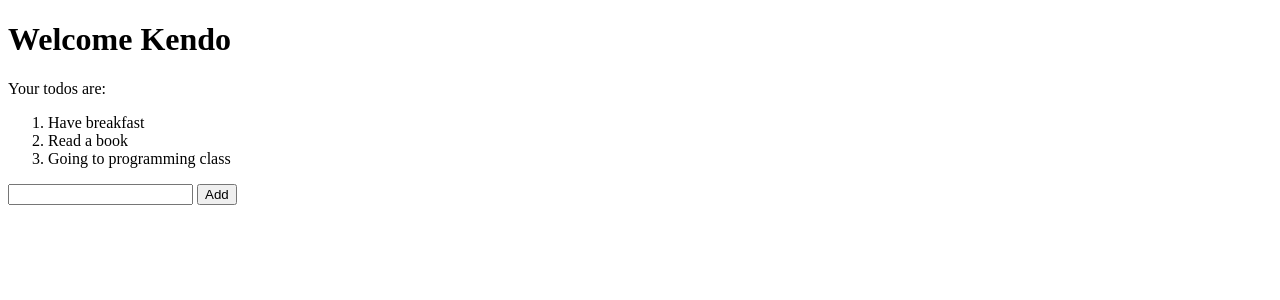
Repository: kenyoyo/java-servlets-jsp-webapp
Page: http://localhost/first-web-appliction/todo.do
These files come from the project's save history. The page is drawn as it stood at one moment and after the next save; the edit follows.
The browser window is 1280 px wide. The pictures show the whole page.
The page is served by Tomcat 9. Other server files are loaded and not shown.

Above is the page before, as saved 2018-10-19 10:25:11.

### first-web-appliction/src/main/webapp/WEB-INF/views/todo.jsp
<%@ page language="java" contentType="text/html; charset=ISO-8859-1"
	pageEncoding="ISO-8859-1"%>
<%@ taglib uri="http://java.sun.com/jsp/jstl/core" prefix="c" %>

<!DOCTYPE html>
<html>
<head>
<meta charset="ISO-8859-1">
<title>Todo</title>
</head>
<body>
	<h1>Welcome ${name}</h1>
	<div>
		<p>Your todos are:</p>
		<ol>
		<c:forEach items="${todos}" var="todo">
			<li>${todo}</li>
		</c:forEach>
		</ol>
		<form action="/todo.do" method="post">
			<input type="text" name="todo"/> <input type="submit" value="Add"/>
		</form>

	</div>
</body>
</html>

### first-web-appliction/src/main/java/webapp/todo/TodoServlet.java
package webapp.todo;

import java.io.IOException;

import javax.servlet.ServletException;
import javax.servlet.annotation.WebServlet;
import javax.servlet.http.HttpServlet;
import javax.servlet.http.HttpServletRequest;
import javax.servlet.http.HttpServletResponse;

import webapp.todo.TodoService;

@WebServlet(urlPatterns = "/todo.do")
public class TodoServlet extends HttpServlet {

	private TodoService userValidationService = new TodoService();

	@Override
	protected void doGet(HttpServletRequest request, HttpServletResponse respones)
			throws ServletException, IOException {
		request.getSession().setAttribute("name", "Kendo");
		request.setAttribute("todos", TodoService.retrieveTodoList());
		request.getRequestDispatcher("/WEB-INF/views/todo.jsp").forward(request, respones);
	}

	@Override
	protected void doPost(HttpServletRequest request, HttpServletResponse respones)
			throws ServletException, IOException {
		String newTodo = request.getParameter("todo");
		TodoService.addTodo(new Todo(newTodo));

		respones.sendRedirect("/todo.do");
	}

}

### first-web-appliction/src/main/java/webapp/todo/Todo.java
package webapp.todo;

public class Todo {
	private String task;

	public String getTask() {
		return task;
	}

	public void setTask(String task) {
		this.task = task;
	}

	public Todo(String task) {
		this.task = task;
	}

	@Override
	public String toString() {
		return task;
	}


}

After the next save:
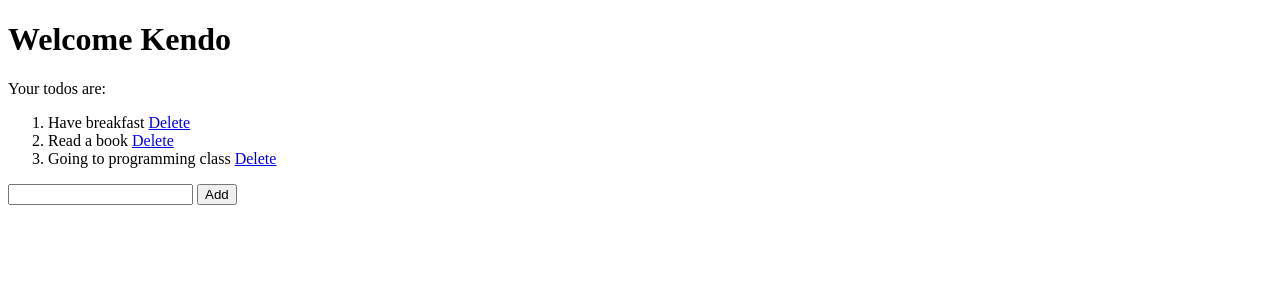
Saved 12 h 20 min later.
--- a/first-web-appliction/src/main/webapp/WEB-INF/views/todo.jsp
+++ b/first-web-appliction/src/main/webapp/WEB-INF/views/todo.jsp
@@ -14,7 +14,7 @@
 		<p>Your todos are:</p>
 		<ol>
 		<c:forEach items="${todos}" var="todo">
-			<li>${todo}</li>
+			<li>${todo} <a href="deletetodo.do?todo=${todo}">Delete</a></li>
 		</c:forEach>
 		</ol>
 		<form action="/todo.do" method="post">
